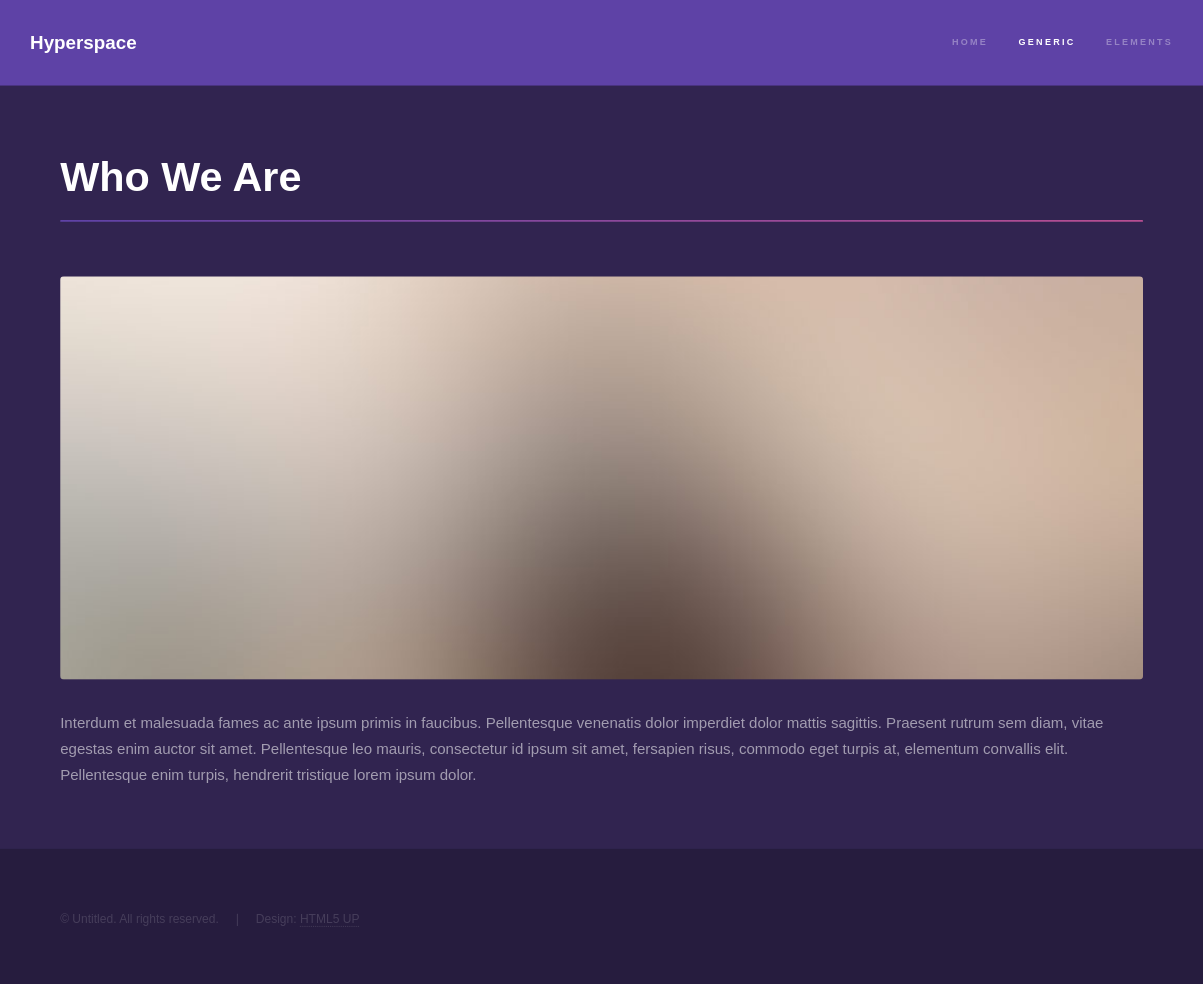
Repository: nocnoc94/nocnoc94.github.io
Page: who-we-are.html
These files come from the project's save history. The page is drawn as it stood at one moment and after a run of saves; the edit follows.
The browser window is 1280 px wide. The pictures show the whole page, at 94% of full size.

Above is the page before, as saved 2024-02-21 22:19:30.

### who-we-are.html
<!DOCTYPE HTML>
<!--
	Hyperspace by HTML5 UP
	html5up.net | @ajlkn
	Free for personal and commercial use under the CCA 3.0 license (html5up.net/license)
-->
<html>
	<head>
		<title>Generic - Hyperspace by HTML5 UP</title>
		<meta charset="utf-8" />
		<meta name="viewport" content="width=device-width, initial-scale=1, user-scalable=no" />
		<link rel="stylesheet" href="/static/css/main.css" />
		<noscript><link rel="stylesheet" href="/static/css/noscript.css" /></noscript>
	</head>
	<body class="is-preload">

		<!-- Header -->
			<header id="header">
				<a href="index.html" class="title">Hyperspace</a>
				<nav>
					<ul>
						<li><a href="index.html">Home</a></li>
						<li><a href="generic.html" class="active">Generic</a></li>
						<li><a href="elements.html">Elements</a></li>
					</ul>
				</nav>
			</header>

		<!-- Wrapper -->
			<div id="wrapper">

				<!-- Main -->
					<section id="main" class="wrapper">
						<div class="inner">
							<h1 class="major">Who We Are</h1>
							<span class="image fit"><img src="/static/images/pic04.jpg" alt="" /></span>
							<p></p>
							<p>Interdum et malesuada fames ac ante ipsum primis in faucibus. Pellentesque venenatis dolor imperdiet dolor mattis sagittis. Praesent rutrum sem diam, vitae egestas enim auctor sit amet. Pellentesque leo mauris, consectetur id ipsum sit amet, fersapien risus, commodo eget turpis at, elementum convallis elit. Pellentesque enim turpis, hendrerit tristique lorem ipsum dolor.</p>
						</div>
					</section>

			</div>

		<!-- Footer -->
			<footer id="footer" class="wrapper alt">
				<div class="inner">
					<ul class="menu">
						<li>&copy; Untitled. All rights reserved.</li><li>Design: <a href="http://html5up.net">HTML5 UP</a></li>
					</ul>
				</div>
			</footer>

		<!-- Scripts -->
			<script src="/static/js/jquery.min.js"></script>
			<script src="/static/js/jquery.scrollex.min.js"></script>
			<script src="/static/js/jquery.scrolly.min.js"></script>
			<script src="/static/js/browser.min.js"></script>
			<script src="/static/js/breakpoints.min.js"></script>
			<script src="/static/js/util.js"></script>
			<script src="/static/js/main.js"></script>

	</body>
</html>

Loaded but not shown: static/js/jquery.min.js (library); static/js/jquery.scrollex.min.js (common file); static/css/fontawesome-all.min.css (library); static/js/jquery.scrolly.min.js (common file); static/js/browser.min.js (common file); static/js/breakpoints.min.js (common file); static/js/util.js (587 lines, source omitted); static/js/main.js (190 lines, source omitted); static/css/main.css (3909 lines, source omitted)

After the next 4 saves:
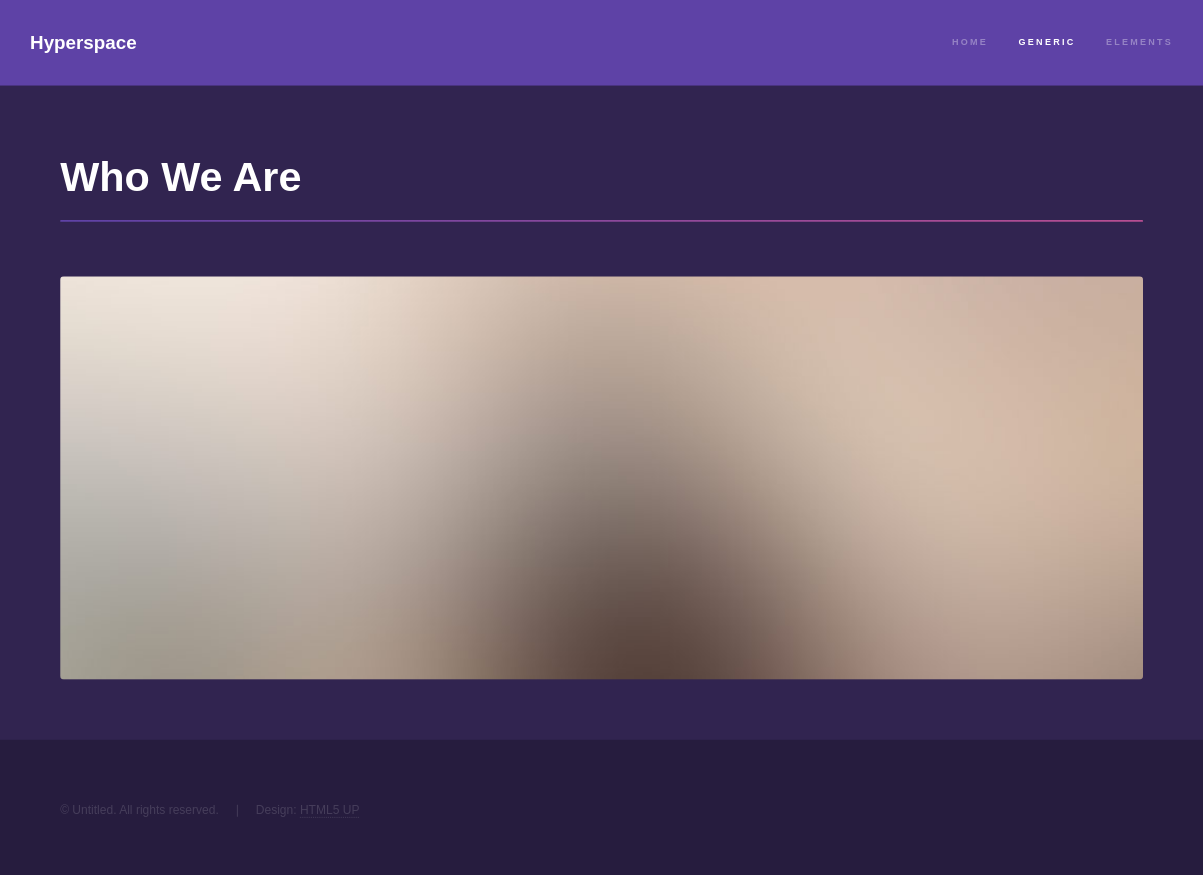
The 4 saves are shown as one change because they came seconds apart.
The last was saved 10 s later.
--- a/who-we-are.html
+++ b/who-we-are.html
@@ -35,7 +35,10 @@
 							<h1 class="major">Who We Are</h1>
 							<span class="image fit"><img src="/static/images/pic04.jpg" alt="" /></span>
 							<p></p>
-							<p>Interdum et malesuada fames ac ante ipsum primis in faucibus. Pellentesque venenatis dolor imperdiet dolor mattis sagittis. Praesent rutrum sem diam, vitae egestas enim auctor sit amet. Pellentesque leo mauris, consectetur id ipsum sit amet, fersapien risus, commodo eget turpis at, elementum convallis elit. Pellentesque enim turpis, hendrerit tristique lorem ipsum dolor.</p>
+							<p></p>
+							<p></p>
+							<p></p>
+							<p></p>
 						</div>
 					</section>
 
